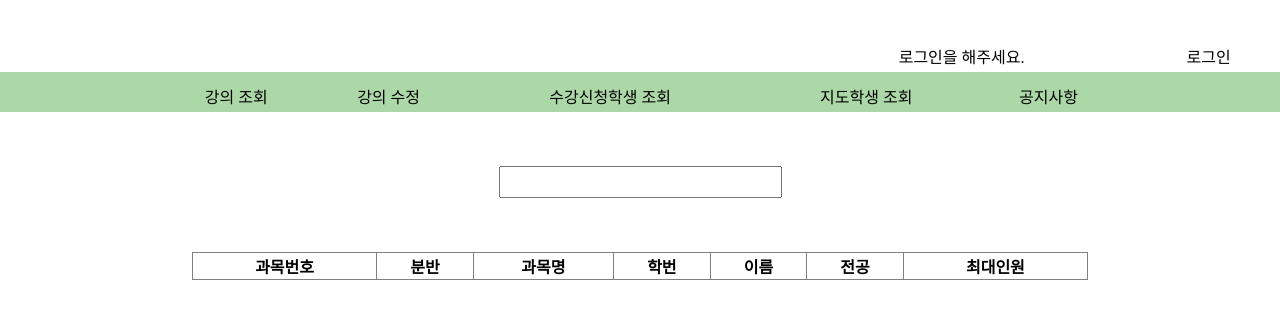
Repository: bokyung124/Enrolment_jsp
Page: http://localhost/lab/student_prof.jsp
An editor plug-in stored every save of this project. The page is shown before and after the next save, followed by the edit.
The browser window is 1280 px wide. The pictures show the whole page.
Some web fonts or font styles are not loaded; a fallback is used. The page is served by Tomcat 9. Queries for data that is not in the repository find no rows.

Above is the page before, as saved 2023-05-31 15:23:39.

### lab/lab/src/main/webapp/student_prof.jsp
<%@ page language="java" contentType="text/html; charset=UTF-8"
    pageEncoding="UTF-8"%>
<%@ page import="java.sql.*"%>
<!DOCTYPE html>
<html>
<head>
<link href="style.css" rel="stylesheet" type="text/css">
<meta charset="UTF-8">
<title>수강신청 학생 조회</title>
</head>
<body>
	<%@ include file="user.jsp"%>
	<%@ include file="top_prof.jsp"%>
	<br>
	<br>
	<br>
	<%
		Connection myConn = null;
		Statement stmt = null;
		ResultSet rs = null;
		String mySQL = "";
		PreparedStatement pstmt = null;
		int nTotalStudent = 0;
		int nYear = 0;
		int nSemester = 0;
		String dburl = "jdbc:oracle:thin:@localhost:1521:xe";
		String user = "leebk";
		String passwd = "1124";
		String dbdriver = "oracle.jdbc.driver.OracleDriver";

		try {
			Class.forName(dbdriver);
			myConn = DriverManager.getConnection(dburl, user, passwd);
			myConn.setAutoCommit(false);
			stmt = myConn.createStatement();

			CallableStatement cstmt = myConn.prepareCall("{? = call Date2EnrollYear(SYSDATE)}");
			cstmt.registerOutParameter(1, java.sql.Types.INTEGER);
			cstmt.execute();
			nYear = cstmt.getInt(1);

			CallableStatement cstmt2 = myConn.prepareCall("{? = call Date2EnrollSemester(SYSDATE)}");
			cstmt2.registerOutParameter(1, java.sql.Types.INTEGER);
			cstmt2.execute();
			nSemester = cstmt2.getInt(1);
			%>
			<%-- <script>document.getElementById('semesterInfo').innerHTML = "<%=nYear%>년  <%=nSemester%>학기";</script> --%>
<%
		} catch (SQLException ex) {
			System.err.println("SQLException: " + ex.getMessage());
		} catch (ClassNotFoundException ex) {
			System.err.println("ClassNotFoundException: " + ex.getMessage());
		} finally{
		      if(stmt != null)
			         try{myConn.commit(); stmt.close();
			         }catch(SQLException e){System.err.println("SQLException: " + e.getMessage());}
			   }

		CallableStatement cstmt = myConn.prepareCall("{? = call Date2EnrollYear(SYSDATE)}");
		cstmt.registerOutParameter(1, java.sql.Types.INTEGER);
		CallableStatement cstmt2 = myConn.prepareCall("{? = call Date2EnrollSemester(SYSDATE)}");
		cstmt2.registerOutParameter(1, java.sql.Types.INTEGER);

		%>

	<!-- 년도, 학기 추가하기 -->
	<!-- 과목번호로 sort해서 출력하기 -->


	<div>
	 <input type="text"  id = "semesterInfo"></input>
	</div>

	<br>
	<br>

	<table width="70%" align="center" border>
		<br>
		<tr>
			<th>과목번호</th>
			<th>분반</th>
			<th>과목명</th>
			<th>학번</th>
			<th>이름</th>
			<th>전공</th>
			<th>최대인원</th>
		</tr>


 	<%

 	mySQL = "select c.c_id, c.c_id_no, c.c_name, s.s_id, s.s_name, s.s_major, e.t_max from enroll e, course c, student s, teach t where t.p_id='"
 	+ session_id + "' and e.t_id = t.t_id and t.c_id = c.c_id and t.c_id_no = c.c_id_no and e.s_id = s.s_id and e_year = ? and e_semester = ?";
	pstmt = myConn.prepareStatement(mySQL);
	pstmt.setInt(1, nYear);
	pstmt.setInt(2, nSemester);
	rs = pstmt.executeQuery();

	while (rs.next()) {
		String cid = rs.getString("c_id");
		Integer cidno = rs.getInt("c_id_no");
		String cname = rs.getString("c_name");
		String sid = rs.getString("s_id");
		String sname = rs.getString("s_name");
		String smajor = rs.getString("s_major");
		Integer tmax = rs.getInt("t_max");
		%>

		<tr>
				<td><%= cid %></td>
				<td><%= cidno %></td>
				<td><%= cname %></td>
				<td><%= sid %></td>
				<td><%= sname %></td>
				<td><%= smajor %></td>
				<td><%= tmax %></td>
			</tr>
	<%
	}
	%>
</table>
</body>
</html>

### lab/lab/src/main/webapp/user.jsp
<%@ page language="java" contentType="text/html; charset=UTF-8"
	pageEncoding="UTF-8"%>
<html>
<head>
<link href="style.css?after" rel="stylesheet" type="text/css">
</head>
</html>

<br>
<br>
<table class="top" width="500px" align="right">
	<tr>
		<td>
			<% String session_id = (String) session.getAttribute("user");
		if (session_id == null) {%> <p>로그인을 해주세요.</p>
		<%} else {%> <p><%=session_id%>님 방문을 환영합니다.</p>
		</td>
		<td>
		<% if (session_id.length() == 7) {%> <a href="update.jsp">마이페이지</a>
		<%} else if (session_id.length() == 5) {%> <a href="update_prof.jsp">마이페이지</a> <% }
		else { %> <p>&nbsp;&nbsp;&nbsp;&nbsp;&nbsp;&nbsp;&nbsp;&nbsp;</p><%} %>
		<%}%>
		</td>
		<td>
		<% String log;
if (session_id == null)
log = "<a href=login.jsp>로그인</a>";
else log = "<a href=logout.jsp>로그아웃</a>"; %>
		<p class = "title"><%=log%></p>



		</td>

		<td>

		</td>
	</tr>
</table>

### lab/lab/src/main/webapp/top_prof.jsp
<%@ page language="java" contentType="text/html; charset=UTF-8"
	pageEncoding="UTF-8"%>
<html>
<head>
<link href = "style.css?after" rel = "stylesheet" type = "text/css">
</head>
</html>

<%-- <% String session_id = (String) session.getAttribute("user");
String log;
if (session_id == null)
log = "<a href=login.jsp>로그인</a>";
else log = "<a href=logout.jsp>로그아웃</a>"; %>
 --%>
<br>
<br>
<div class = "topButton">
<table class="top" width="75%" align="center">
	<tr>
		<td>강의 조회</td>
		<td>강의 수정</td>
		<td><a href="student_prof.jsp">수강신청학생 조회</a></td>
		<td>지도학생 조회</td>
		<td>공지사항</td>
	</tr>
</table>
</div>

### lab/lab/src/main/webapp/style.css
@charset "UTF-8";

@font-face {
    font-family: 'DOSIyagiMedium';
    src: url('https://cdn.jsdelivr.net/gh/projectnoonnu/noonfonts_2304-2@1.0/DOSIyagiMedium.woff2') format('woff2');
    font-weight: normal;
    font-style: normal;
}

@font-face {
    font-family: 'SUITE-Regular';
    src: url('https://cdn.jsdelivr.net/gh/projectnoonnu/noonfonts_2304-2@1.0/SUITE-Regular.woff2') format('woff2');
    font-weight: 400;
    font-style: normal;
}

@import url(//fonts.googleapis.com/earlyaccess/notosanskr.css);

.notosanskr * {
 font-family: 'Noto Sans KR', sans-serif;
}


@import url('https://fonts.googleapis.com/css2?family=Noto+Sans:wght@800&display=swap');


@font-face {
	font-family: 'Noto Sans', sans-serif;
	src: url('https://fonts.googleapis.com/css2?family=Noto+Sans:wght@800&display=swap');

    font-style: normal;
}

@font-face {
     font-family: 'S-CoreDream-3Light';
     src: url('https://cdn.jsdelivr.net/gh/projectnoonnu/noonfonts_six@1.2/S-CoreDream-3Light.woff') format('woff');
     font-weight: normal;
     font-style: normal;
}

:root {
	--black: #000000;
	--pink: #fb4175;
	--lime: #23cd59;
	/* --lime: #b2e43f; */
	--green: #acd8a7;
	--white: #ffffff;
}
.mainTitle {
	color: var(--green);
	font-family: 'S-CoreDream-3Light';
	font-size: 350px;
	font-weight: 900;
	/* text-shadow: 4px 4px var(--pink); */
	text-align: center;
	height: 400px;
	margin-top: 100px;
	margin-bottom: 0;

}
.clover {
	font-size: 30px;
	width: 30px;
	position: fixed;
	top: 30px;
	left: 30px;
}

.title {

	font-family: 'S-CoreDream-3Light';
}

body {
	/* background-color: var(--white); */
	background-color: var(--white);
	color: var(--black);
	font-family: 'S-CoreDream-3Light';
	text-align: center;
	margin: 0;
}

/*메뉴바*/
 .top{
	border-collapse:collapse;
	height: 40px;
	font-family: 'SUITE-Regular';
    text-decoration-line: none;

}
/*
a {

    text-decoration-line: none;
    font-size: 10px;
} */

.user {
	height: 40px;
}
.topButton {
	background-color: var(--green);
	height: 40px;
	width: auto;
	vertical-align: middle;
	bottom-padding: 10px;

}

.gameImage{
	width:400px;
	height: auto;
	position:relative;
	top:0px;
}
/*login.jsp*/
.top2{
	background-color: #99CCFF;
	height: 35px;
}

/*신청, 삭제 a태그*/
#Wcolor{
	color:  var(--green);
	font-size: 1.1rem;
}

/*출력 테이블 맨 윗줄에 넣고싶다*/
#Bcolor{
	background-color:#99CCFF;
}
table{
	border-collapse:collapse;
}
table td{
	text-align: center;
	font-family:'S-CoreDream-3Light';
	font-size: 16px;
	height:17px;
}

p {
	margin: 0;
}

/*top.jsp : 로그인 태그 때문에 페이지 내에서 a태그에 속성 적용*/
a{
color: var(--black);
font-family: 'S-CoreDream-3Light';
font-size: 16px;
text-decoration: none;
}
a:hover{
text-decoration: none;
font-weight:bolder;
}

/*insert.jsp*/
#semesterInfo{
   text-align:center;
   font-family: 'S-CoreDream-3Light';
	font-size: 1.4rem;
}

/*update.jsp*/
.editable{
   width:70%;
   text-align:center;
   font-family:S-CoreDream-3Light;
	font-size: 1.2rem;
}

 /* 로그인창 */


  .loginDiv {
	margin: 0;
	background-color: var(--green);
	box-sizing: border-box;
	font-family: 'S-CoreDream-3Light';
	/* border-radius: 5px; */
  }

  .login-form {
	  width: 300px;
	  background-color: #EEEFF1;
	  margin-right: auto;
	  margin-left: auto;
	  margin-top: 50px;
	  padding: 20px;
	  text-align: center;
	  border: none;

  }

  .text-field {
	font-family: 'S-CoreDream-3Light';
		font-size: 14px;
		padding: 10px;
		border: none;
		width: 260px;
		margin-bottom: 10px;

  }

  .submit-btn {
	font-family: 'S-CoreDream-3Light';
	font-size: 14px;
	border: none;
	padding: 10px;
	width: 280px;
	background-color: var(--green);
		margin-bottom: 10px;

	color: white;
  }
  .back-btn {
	font-family: 'S-CoreDream-3Light';
	font-size: 14px;
	border: none;
	padding: 10px;
	width: 280px;
	background-color: var(--green);

	color: white;
  }

  .links {
	  text-align: center;
  }

  .links a {
	font-size: 12px;
	color: #9B9B9B;
  }


.main {
	height: 100vh;
	display: flex;
	justify-content: center;
	align-items: center;
}

 .main h1 {
	color: rgba(255, 255, 255, 0.8);
	font-size: 65px;

 }

 .cursor {
	z-index: 999;
	position: fixed;
	background: #2696E8;
	width: 20px;
	height: 20px;
	border-radius: 50%;
	pointer-events: none;
	box-shadow: 0 0 20px #2696E8,
	0 0 60px #2696E8,
	0 0 100px #2696E8;
	animation: colors 5s infinite;
	transform: translate(-50%, -50%);
	display: none;
 }

 @keyframes colors {
	0% {
		filter: hue-rotate(0deg);
	}
	100% {
		filter: hue-rotate(360deg);
	}
 }
.cursor:before {
	content: "";
	position: absolute;
	background-color: #2696E8;
	width: 50px;
	height: 50px;
	opacity: 0.2;
	transform: translate(-30%, -30%);
	border-radius: 50%;
}





.menu_btn {
	background-color: var(--green);
	border-width: 20px;
	padding:  5px 20px;
	margin: 10px;

}



/* 마이페이지 */
.mypage-table {
    border-collapse: collapse;
    font-size: 0.9em;
    font-family: sans-serif;
    min-width: 400px;
}

.mypage-table th,
.mypage-table td {
	border: 20px solid #EEEFF1;
	padding: 10px 0;
}
.mypage-table tbody tr {

}

.mypage-table tbody tr {
    background-color: var(--white);
    padding: 30px 0;
}

.mypage-table tbody tr:last-of-type {
    background-color: var(--green);
}

.mypage-table tbody tr.active-row {
    font-weight: bold;
    color: #009879;
}

.myPage-textField {

	width: 300px;

	  text-align: center;
	  border: none;
}

.myPage-textField input::placeholder {
  color: red;
  font-style: italic;
  font-size: 14px;
}
.myPage-textField input:active {
	color: white;
background-color: blue;
}


.deleteTable {
	border-color: white;
}

.deleteTable thead tr {
    background-color: #009879;
    color: #ffffff;
    text-align: left;
}
.deleteTable tbody tr {
    background-color: var(--white);
    padding: 30px 0;
}
.deleteTable tbody {

}
.deleteTable tbody tr:nth-of-type(even) {
    background-color: #e8f5e6;
}

After the next save:
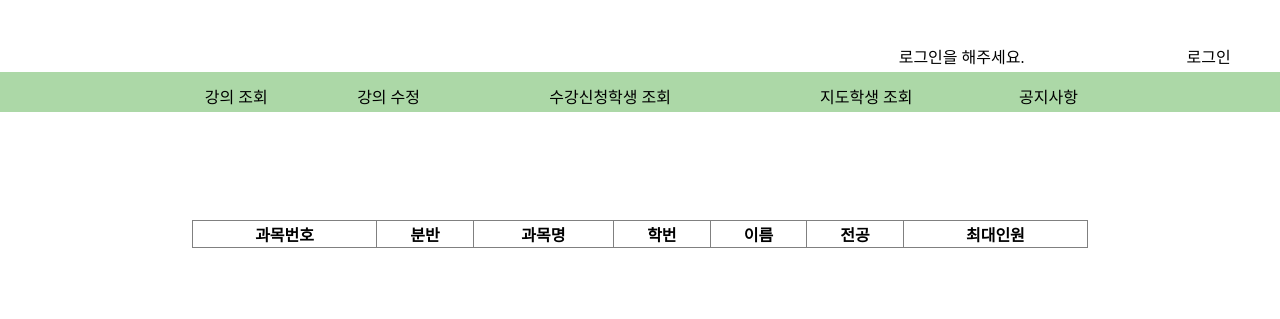
Saved 21 s later.
--- a/lab/lab/src/main/webapp/student_prof.jsp
+++ b/lab/lab/src/main/webapp/student_prof.jsp
@@ -67,9 +67,9 @@
 	<!-- 과목번호로 sort해서 출력하기 -->
 
 
-	<div>
+<!-- 	<div>
 	 <input type="text"  id = "semesterInfo"></input>
-	</div>
+	</div> -->
 
 	<br>
 	<br>
